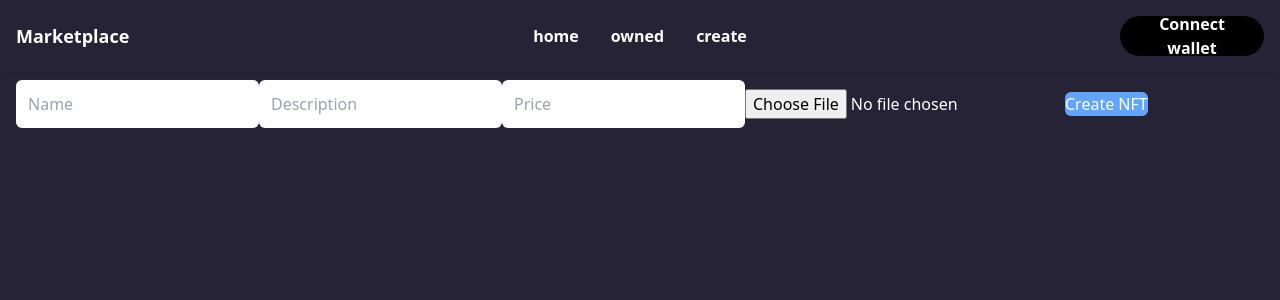
Repository: Kiendz3202/marketplace-frontend-nuxtjs
Page: /create
An editor plug-in stored every save of this project. The page is shown before and after the next save, followed by the edit.
The browser window is 1280 px wide. The pictures show the whole page.
The project was rebuilt for these pictures with package versions that can differ from the ones it lists, and the page was loaded fresh each time. The framework's server and built-in components were replaced by stand-ins that run in the browser. Also part of the build but not shown: nuxt.config.js, components/connectWallet/AddressAvatar.vue.

Above is the page before, as saved 2022-11-08 14:28:43.

### assets/css/main.css
body {
  background-color: rgb(38, 35, 54);
  color: #fff;
}

/* * {
	margin: 0;
	padding: 0;
	box-sizing: border-box;
	font-family: 'Fira sans', sans-serif;
}

body {
	background-color: rgb(38, 35, 54);
	color: #FFF;
}

main {
	width: 100%;
	height: 100vh;
	display: flex;
	flex-direction: column;
	align-items: center;
	padding-top: 2rem;
}

main h1 {
	font-size: 2.5rem;
	text-transform: capitalize;
	margin-bottom: 0.5rem;
}

main h1 ~ p {
	margin-bottom: 2rem;
}

main .create-new {
	display: flex;
	justify-content: center;
	align-items: center;
	max-width: 480px;
}

main .create-new input {
	appearance: none;
	border: none;
	outline: none;
	border-bottom: 1px solid #FFF;
	background-color: transparent;
	color: #FFF;
	font-size: 1.5rem;
	padding-top: 0.5rem;
	padding-bottom: 0.5rem;
	margin: 0;
	transition: 0.4s;
}

main .create-new input:focus {
	border-bottom-color: rgb(47, 214, 111);
}

main .create-new button {
	appearance: none;
	border: none;
	outline: none;
	background-color: rgb(47, 214, 111);
	text-transform: uppercase;
	font-weight: bold;
	color: #000;
	font-size: 1.5rem;
	padding: 0.5rem 1rem;
	border-radius: 0.5rem;
	margin-left: 0.5rem;
	cursor: pointer;
}

main .tasks {
	width: 100%;
	max-width: 480px;
	margin-top: 2rem;
}

main .tasks .task {
	display: flex;
	align-items: center;
	justify-content: space-between;
	background-color: rgb(52, 47, 78);
	padding: 1rem;
	border-radius: 0.5rem;
	margin-bottom: 1rem;
}

main .tasks .task .buttons {
	min-width: fit-content;
}

main .tasks .task button {
	appearance: none;
	border: none;
	outline: none;
	background-color: rgb(47, 214, 111);
	text-transform: uppercase;
	font-weight: bold;
	color: #000;
	font-size: 0.875rem;
	padding: 0.5rem 1rem;
	border-radius: 0.5rem;
	margin-left: 0.5rem;
	cursor: pointer;
}

main .tasks .task button.delete {
	background-color: crimson;
	color: #EEE;
}

.tasks .task.is-complete {
	opacity: 0.7;
}

.tasks .task.is-complete .content {
	text-decoration: line-through;
} */

### layouts/default.vue
<template>
  <div>
    <div class="relative flex h-full w-full flex-col pt-20">
      <TopBar />
      <div class="flex h-full w-full overflow-y-auto overflow-x-hidden px-4">
        <!-- <slot /> -->
        <Nuxt />
      </div>
    </div>
  </div>
</template>

<script>
import TopBar from "~/components/topBar/TopBar.vue";
export default {
  name: "default",
  components: {
    TopBar,
  },
};
</script>

<style></style>

### store/index.js
export const state = () => ({
  address: sessionStorage.getItem("user"),
  number: "2",
});
export const mutations = {
  setAccount(state, address) {
    state.address = address;
  },
};

export const actions = {
  changeAccount({ state, commit }, address) {
    commit("setAccount", address);
  },
};

### pages/create/index.vue
<template>
  <form @submit="addProduct">
    <input v-model="name" placeholder="Name" class="rounded-md pl-3 py-3" />
    <input
      v-model="description"
      placeholder="Description"
      class="rounded-md pl-3 py-3"
    />
    <input v-model="price" placeholder="Price" class="rounded-md pl-3 py-3" />
    <input type="file" @change="previewFiles" />
    <button class="ml-2 bg-blue-400 rounded-md text-white" type="submit">
      Create NFT
    </button>
  </form>
</template>

<script>
// import { NFTStorage } from 'nft.storage';
// const apiKey =
// 	'eyJhbGciOiJIUzI1NiIsInR5cCI6IkpXVCJ9.eyJzdWIiOiJkaWQ6ZXRocjoweGE0RGQzMUIxN0Y5NzRGQmJmMTFCZEM4MDJlYTNmMGFEQTE3NGZhMkYiLCJpc3MiOiJuZnQtc3RvcmFnZSIsImlhdCI6MTY2NzcyODk0MjM3OCwibmFtZSI6IktpZW4ifQ.bmDOvDs9xaAMMHcC7JEfIaLzQbr6aEZmcfu2PrCvFQk';
// const client = new NFTStorage({ token: apiKey });
// import { ethers } from "ethers";
// import UploadClient from '@uploadcare/upload-client';
// const client = new UploadClient({ publicKey: '068e75bf4a72917a9588' });
export default {
  data() {
    return {
      name: "",
      description: "",
      price: "",
      file: "",
    };
  },
  props: ["marketplace", "nft"],
  methods: {
    previewFiles(event) {
      // console.log(event.target.files[0]);
      this.file = event.target.files[0];
    },
    async mintThenList(result) {
      console.log(result);
      // const uri = `https://cloudflare-ipfs.com/ipfs/${result.ipnft}/metadata.json`;
      // console.log(uri);
      // mint nft
      // console.log(uri);
      // await (await props.nft.mint(uri)).wait();
      // console.log('completely create minting!');
      // // get tokenId of new nft
      // const id = await props.nft.tokenCount();
      // // approve marketplace to spend nft
      // await (
      // 	await props.nft.setApprovalForAll(
      // 		props.marketplace.address,
      // 		true
      // 	)
      // ).wait();
      // // add nft to marketplace
      // const listingPrice = ethers.utils.parseEther(price.toString());
      // await (
      // 	await props.marketplace.makeItem(
      // 		props.nft.address,
      // 		id,
      // 		listingPrice
      // 	)
      // ).wait();
      // console.log('complete listing');
    },
    async addProduct(e) {
      e.preventDefault(); // Prevent page from reloading.
      try {
        // const metadata = await client.store({
        // 	name: this.name,
        // 	description: this.description,
        // 	price: this.price,
        // 	image: this.file,
        // });
        const data = new FormData();
        data.append("file", this.file);
        data.append("upload_preset", "ml_default");
        const res = await fetch(
          "https://api.cloudinary.com/v1_1/dhshj8hi5/image/upload",
          {
            method: "POST",
            body: data,
          }
        );

        const file = await res.json();
        console.log(file.secure_url);
      } catch (error) {
        console.log(error);
      }
    },
  },
};
</script>

<style></style>

### components/topBar/TopBar.vue
<template>
  <div class="fixed top-0 w-full">
    <div class="relative flex w-full items-center px-4 py-4 shadow">
      <nuxt-link to="/">
        <span class="text-lg font-bold">Marketplace</span>
      </nuxt-link>
      <div class="flex-grow">
        <NavBar />
      </div>
      <ConnectButton v-if="isMetamaskSupport" />
      <span v-else>Please install metamask</span>
    </div>
  </div>
</template>

<script>
import NavBar from "./NavBar.vue";
// import ConnectButton from "../connectWallet/ConnectButton.vue";
import ConnectButton from "../connectWallet/ConnectButton.vue";
export default {
  name: "TopBar",
  components: {
    NavBar,
    ConnectButton,
  },
  data() {
    return {
      isMetamaskSupport: false,
    };
  },
  mounted() {
    this.isMetamaskSupport = window.ethereum !== "undefined";
  },
};
</script>

<style></style>

### components/topBar/NavBar.vue
<template>
  <nav
    class="absolute bottom-1/2 right-1/2 flex translate-y-1/2 translate-x-1/2 transform justify-center"
  >
    <NavBarItem namePage="home" />
    <NavBarItem namePage="owned" />
    <NavBarItem namePage="create" />
  </nav>
</template>

<script>
import NavBarItem from "~/components/topBar/NavBarItem.vue";

export default {
  name: "NavBar",
  components: {
    NavBarItem,
  },
};
</script>

<style></style>

### components/connectWallet/ConnectButton.vue
<template>
  <button
    v-if="!address"
    class="flex h-10 w-36 items-center justify-center rounded-full bg-black px-4 font-semibold text-white"
    @click="connectWallet"
    :disabled="loading"
  >
    {{ loading ? "busy..." : "Connect wallet" }}
  </button>
  <AddressAvatar v-else :address="address" />
</template>

<script>
// import { mapState } from 'vuex';
import AddressAvatar from "./AddressAvatar.vue";
export default {
  name: "ConnectButton",
  components: {
    AddressAvatar,
  },
  computed: {
    address() {
      return this.$store.state.address;
    },
  },
  data() {
    return {
      loading: false,
      // address: "",
      // address: sessionStorage.getItem('user'),
    };
  },
  methods: {
    async connectWallet() {
      const accounts = await window.ethereum.request({
        method: "eth_requestAccounts",
      });
      sessionStorage.setItem("user", accounts[0]);
      this.$store.dispatch("changeAccount", sessionStorage.getItem("user"));
    },
    async changeAccount() {
      const accounts = await window.ethereum.request({
        method: "eth_requestAccounts",
      });
      if (accounts[0]) {
        console.log(this.$store.state.address);
        sessionStorage.setItem("user", accounts[0]);
        this.$store.dispatch("changeAccount", sessionStorage.getItem("user"));
        console.log(this.$store.state.address);
        //đã update address mới khi thay đổi account nhưng UI ko thay đổi?
      } else {
        // sessionStorage.removeItem('user');
        // this.$store.commit('setAccount', '');
      }
      // location.reload();
      // console.log(accounts[0]);
    },
  },
  mounted() {
    //bắt event khi thay đổi account trên metamask
    window.ethereum.on("accountsChanged", this.changeAccount);
    // window.ethereum.on('disconnect', async function () {
    // const accounts = await window.ethereum.request({
    // 	method: 'eth_requestAccounts',
    // });
    // if (accounts[0]) {
    // 	localStorage.setItem('user', accounts[0]);
    // } else {
    // 	localStorage.removeItem('user');
    // }
    // localStorage.removeItem('user');
    // location.reload();
    // console.log('disconnect');
    // this.address = accounts[0];
    // console.log(accountss[0]);
    // });
  },
};
</script>

<style></style>

### components/topBar/NavBarItem.vue
<template>
  <nuxt-link :to="'/' + namePage"
    ><span class="px-4 py-2 font-semibold cursor-pointer">{{
      namePage
    }}</span></nuxt-link
  >
</template>

<script>
export default {
  name: "NavBarItem",
  props: ["namePage"],
};
</script>

<style></style>

Loaded but not shown: tailwind.config.js (common file)

After the next save:
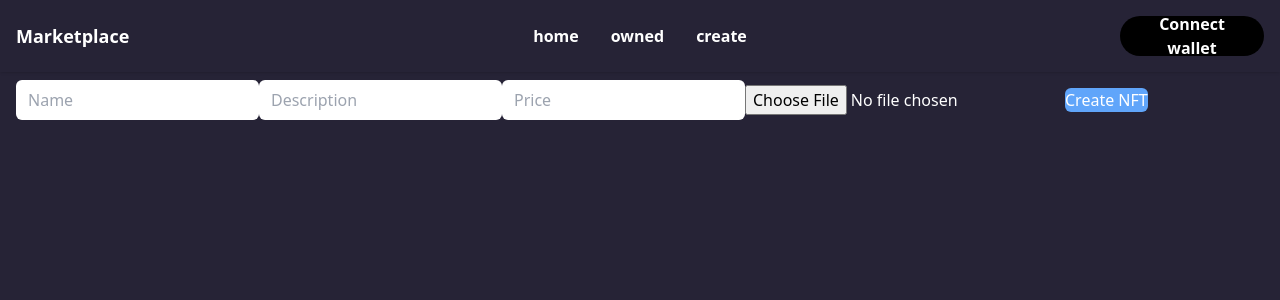
Saved 6 s later.
--- a/pages/create/index.vue
+++ b/pages/create/index.vue
@@ -1,12 +1,12 @@
 <template>
   <form @submit="addProduct">
-    <input v-model="name" placeholder="Name" class="rounded-md pl-3 py-3" />
+    <input v-model="name" placeholder="Name" class="rounded-md pl-3 py-2" />
     <input
       v-model="description"
       placeholder="Description"
-      class="rounded-md pl-3 py-3"
+      class="rounded-md pl-3 py-2"
     />
-    <input v-model="price" placeholder="Price" class="rounded-md pl-3 py-3" />
+    <input v-model="price" placeholder="Price" class="rounded-md pl-3 py-2" />
     <input type="file" @change="previewFiles" />
     <button class="ml-2 bg-blue-400 rounded-md text-white" type="submit">
       Create NFT
